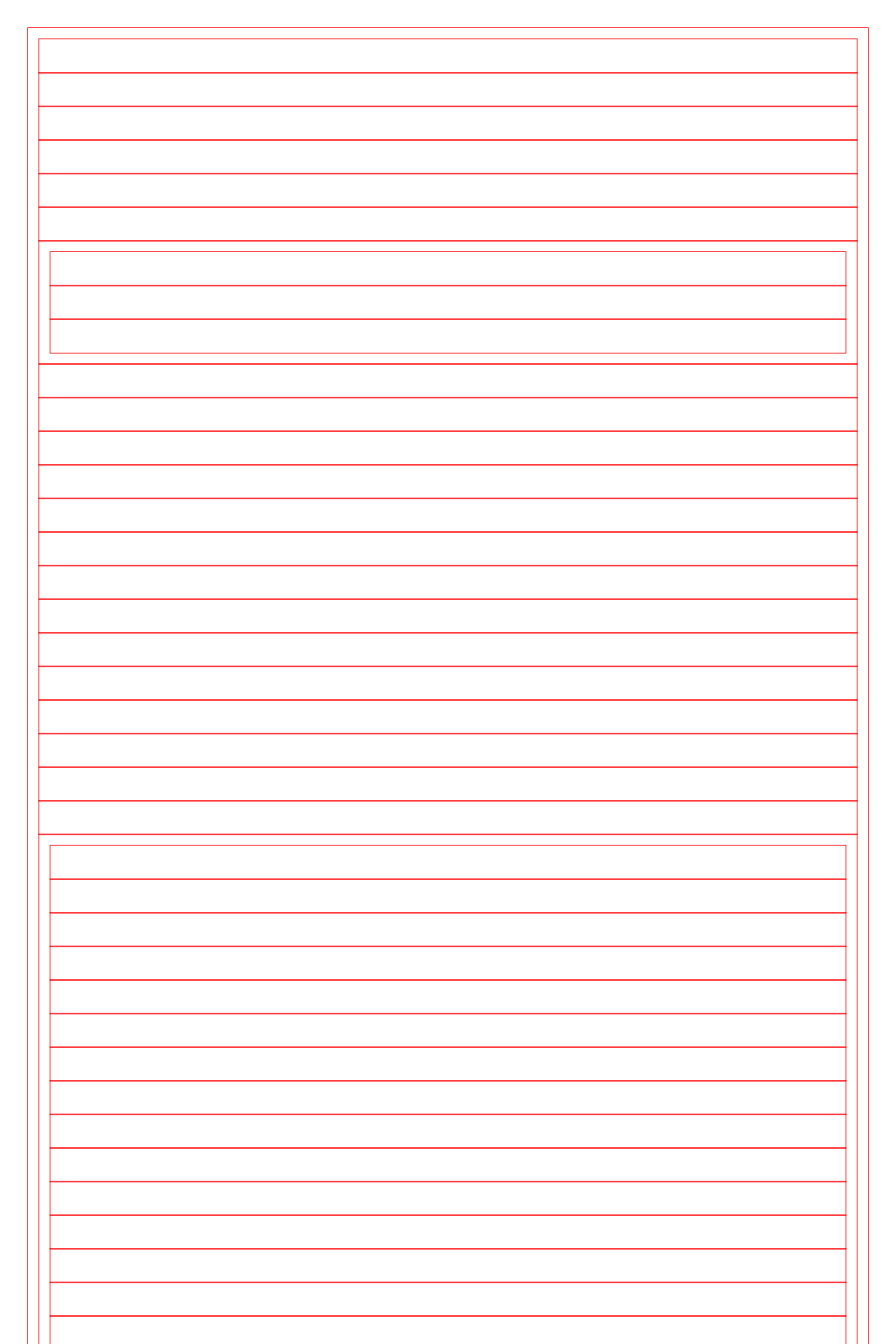
Repository: JacobSkilling-dot/Project1-Blog
Page: Week3-Blog.html
These files come from the project's save history. The page is drawn as it stood at one moment and after the next save; the edit follows.
The browser window is 1280 px wide. The pictures show the part of the page from y = 0 to 1920 px (the page is 2704 px tall before and 2784 px after), at 70% of full size.

Above is the page before, as saved 2023-01-18 16:20:18.

### Week3-Blog.html
<!DOCTYPE html>
<html lang="en">
<head>
    <meta charset="UTF-8">
    <meta http-equiv="X-UA-Compatible" content="IE=edge">
    <meta name="viewport" content="width=device-width, initial-scale=1.0">
    <title>Website Template</title>
    <link rel="stylesheet" href="style.css">
</head>
<body>
    <div class="main-content">
    <div class="logo"></div>
        <div class="search-bar"></div>
        <div class="social1"></div>
        <div class="social2"></div>
        <div class="social3"></div>
        <div class="pages"></div>

        <div class="images">
        <div class="large-img1"></div>
        <div class="large-img2"></div>
        <div class="large-img3"></div>
        </div>

        <div class="header1"></div>
        <div class="body-text1"></div>
        <div class="larger-img1"></div>
        <div class="small-image1"></div>
        <div class="small-image2"></div>
        <div class="small-image3"></div>
        <div class="small-image4"></div>



        <div class="header2"></div>
        <div class="body-text2"></div>
        <div class="larger-img2"></div>
        <div class="small-image5"></div>
        <div class="small-image6"></div>
        <div class="small-image7"></div>
        <div class="small-image8"></div>




<div class="sidebar">
        <div class="sidebar-header1"></div>
        <div class="sidebar-text1"></div>
        <div class="sidebar-image1"></div>
        <div class="sidebar-text2"></div>
        <div class="sidebar-image2"></div>
        <div class="sidebar-text3"></div>
        <div class="sidebar-image3"></div>


        <div class="sidebar-header2"></div>
        <div class="sidebar-text4"></div>
        <div class="sidebar-image4"></div>
        <div class="sidebar-text5"></div>
        <div class="sidebar-image5"></div>
        <div class="sidebar-text6"></div>
        <div class="sidebar-image6"></div>
        <div class="sidebar-text7"></div>
        <div class="sidebar-image7"></div>
        <div class="sidebar-text8"></div>
        <div class="sidebar-image8"></div>

        <div class="sidebar-header3"></div>
        <div class="sidebar-text9"></div>
        <div class="sidebar-text10"></div>
        <div class="sidebar-text11"></div>
        <div class="sidebar-text12"></div>
        <div class="sidebar-text13"></div>
        <div class="sidebar-text11"></div>
        <div class="sidebar-text12"></div>
        <div class="sidebar-text13"></div>

        <div class="sidebar-header4">
            <div class="sidebar-text14"></div>
        </div>






        <div class="footer"></div>




        </div>
    </div>

</body>
</html>

### style.css
* {
    outline: 1px solid rgb(255, 0, 0);
    padding: 1rem;
    min-height: 1rem;
}

html, body, grammarly-desktop-integration {
    outline: none;
}

After the next save:
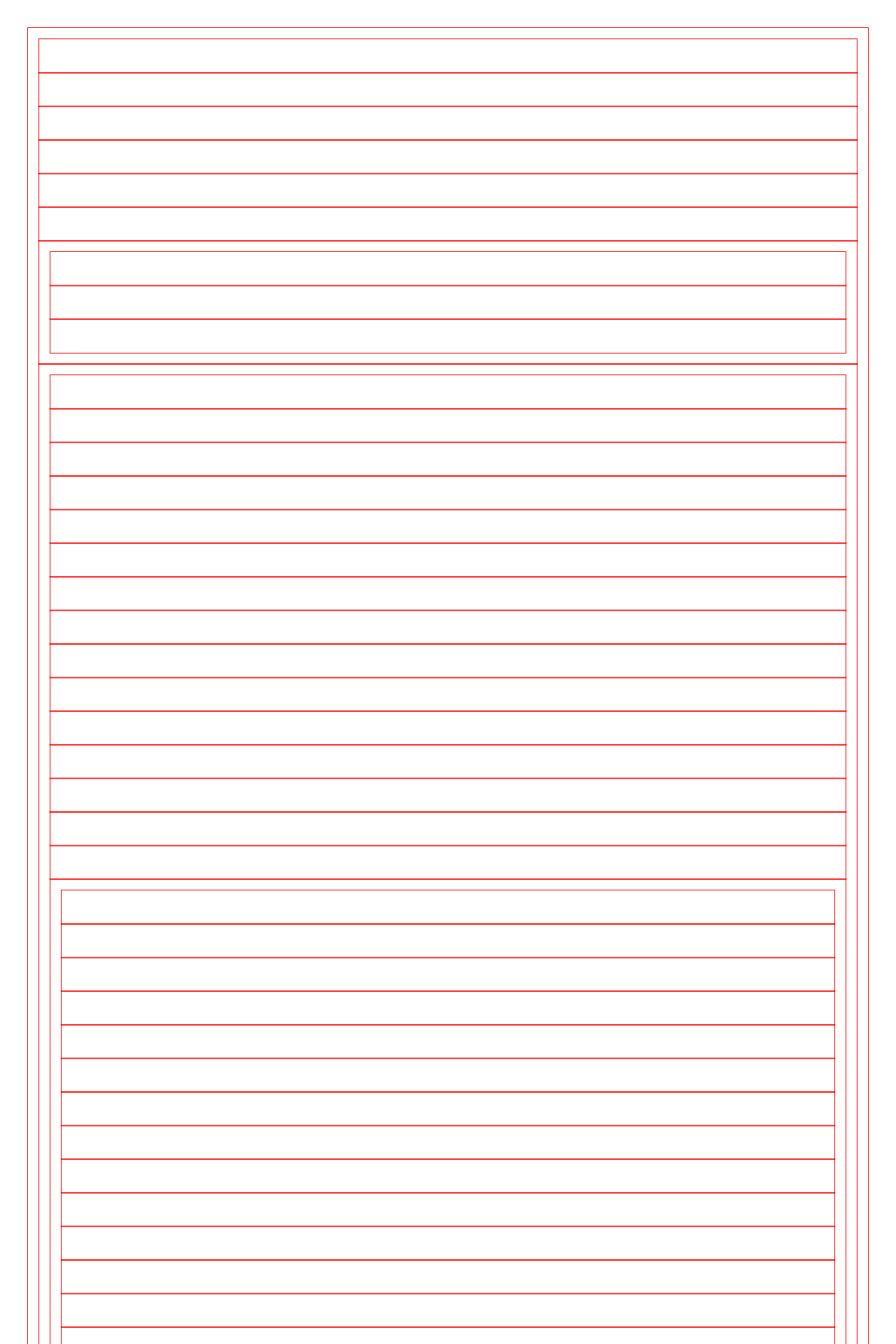
Saved 85 s later.
--- a/Week3-Blog.html
+++ b/Week3-Blog.html
@@ -21,7 +21,7 @@
         <div class="large-img2"></div>
         <div class="large-img3"></div>
         </div>
-
+<div class="body">
         <div class="header1"></div>
         <div class="body-text1"></div>
         <div class="larger-img1"></div>
@@ -30,8 +30,6 @@
         <div class="small-image3"></div>
         <div class="small-image4"></div>
 
-
-
         <div class="header2"></div>
         <div class="body-text2"></div>
         <div class="larger-img2"></div>
@@ -39,9 +37,7 @@
         <div class="small-image6"></div>
         <div class="small-image7"></div>
         <div class="small-image8"></div>
-
-
-
+<div class="div"></div>
 
 <div class="sidebar">
         <div class="sidebar-header1"></div>
@@ -76,12 +72,8 @@
         <div class="sidebar-text13"></div>
 
         <div class="sidebar-header4">
-            <div class="sidebar-text14"></div>
+        <div class="sidebar-text14"></div>
         </div>
-
-
-
-
 
 
         <div class="footer"></div>
